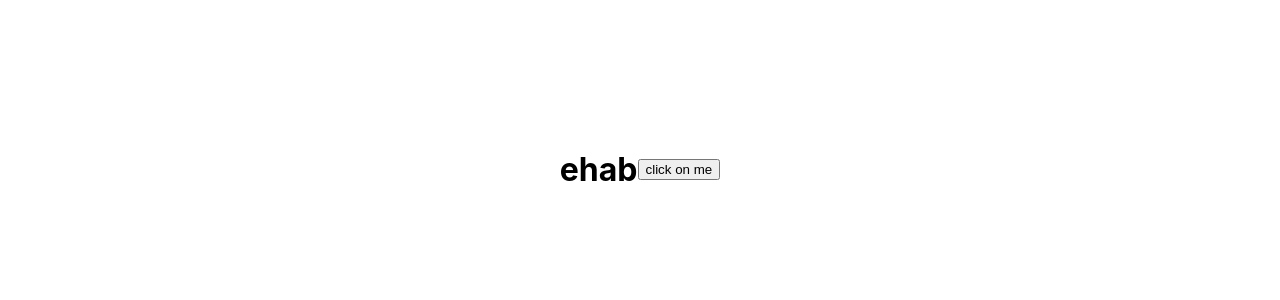
Repository: ehabmelhem/Demotweet-app
Page: /
These files come from the project's save history. The page is drawn as it stood at one moment and after a run of saves; the edit follows.
The browser window is 1280 px wide. The pictures show the whole page.
The project was rebuilt for these pictures with package versions that can differ from the ones it lists, and the page was loaded fresh each time.

Above is the page before, as saved 2021-01-22 20:14:56.

After the next 4 saves:
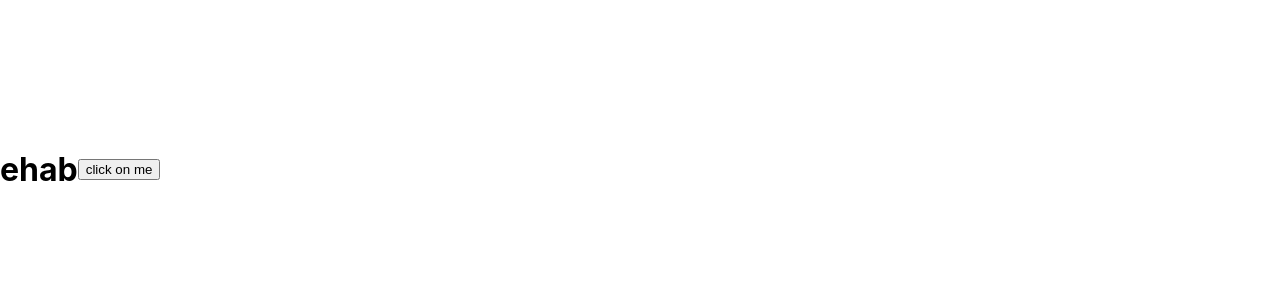
The 4 saves are shown as one change because they came seconds apart.
The last was saved 13 s later.
--- a/src/App.css
+++ b/src/App.css
@@ -1,9 +1,9 @@
 .app {
-  width: fit-content;
   margin: 0 auto;
   /* text-align: center; */
   display: flex;
   position: relative;
   top: 150px;
+
   align-items: center;
 }
